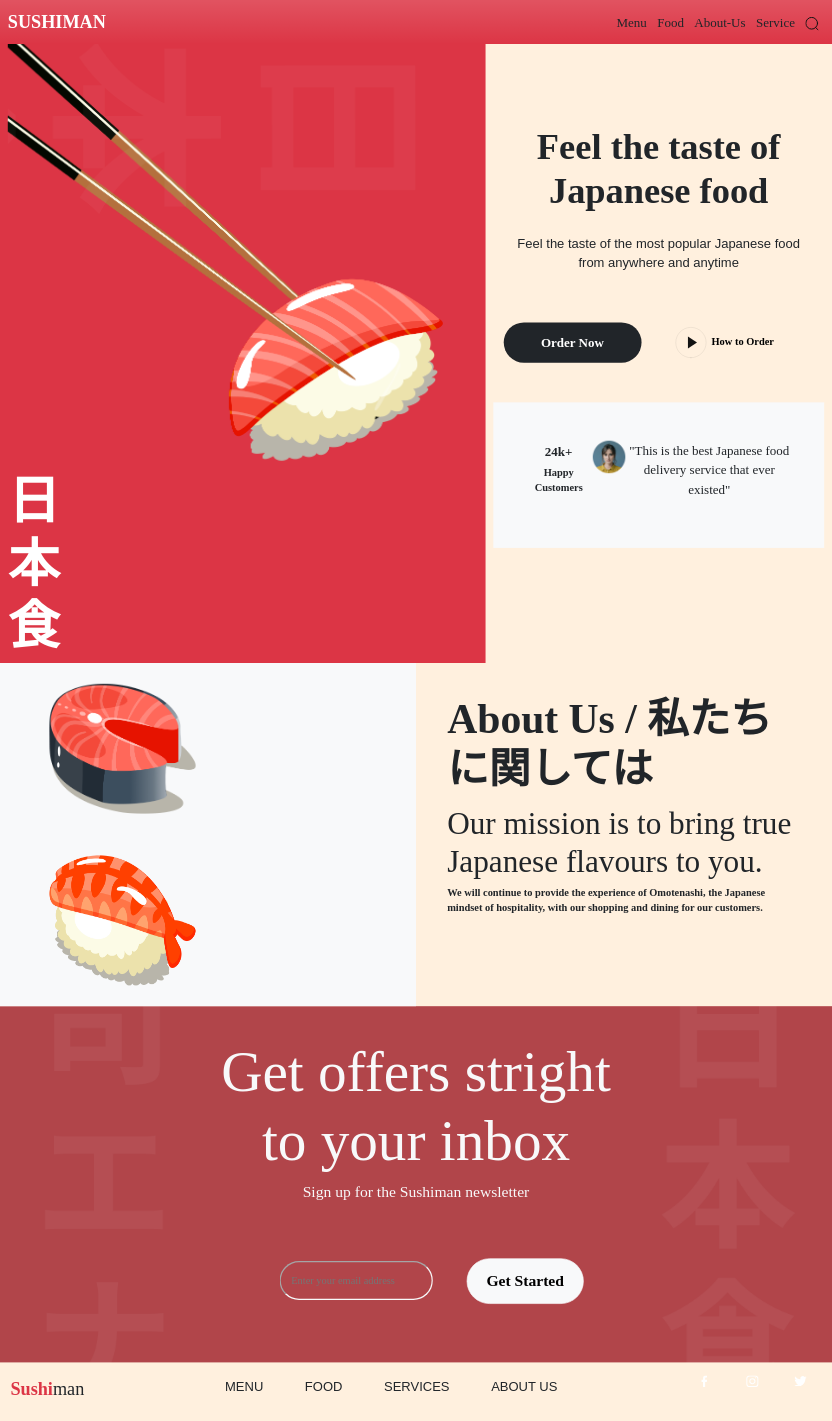
Repository: VickyJacob23/bootstrapTask
Page: index.html
An editor plug-in stored every save of this project. The page is shown before and after the next save, followed by the edit.
The browser window is 1280 px wide. The pictures show the whole page, at 65% of full size.

Above is the page before, as saved 2024-07-05 23:51:25.

### index.html
<!DOCTYPE html>
<html lang="en">
<head>
     <!-- Required meta tags -->
    <meta charset="UTF-8">
    <meta http-equiv="X-UA-Compatible" content="IE=edge">
    <meta name="viewport" content="width=device-width, initial-scale=1.0">
    <link rel="shortcut icon" href="./img/kodecamp__logo.svg" type="image/x-icon">
    <!-- Bootstrap CSS -->
    <link href="https://cdn.jsdelivr.net/npm/bootstrap@5.2.3/dist/css/bootstrap.min.css" rel="stylesheet" integrity="sha384-rbsA2VBKQhggwzxH7pPCaAqO46MgnOM80zW1RWuH61DGLwZJEdK2Kadq2F9CUG65" crossorigin="anonymous">

    <link rel="stylesheet" href="./styles.css">
    <title>Bootstrap Demo</title>
</head>
<body>
    <main>
        <!-- navbar -->
        <nav class="navbar navbar-expand-lg navbar bg-danger bg-gradient position-fixed w-100">
            <div class="container-fluid ">
                <a class="navbar-brand text-uppercase fw-bold fs-3 text-white " href="#">Sushiman</a>
                <button class="navbar-toggler" type="button" data-bs-toggle="collapse" data-bs-target="#navbarNavAltMarkup" aria-controls="navbarNavAltMarkup" aria-expanded="false" aria-label="Toggle navigation">
                    <span class="navbar-toggler-icon"></span>
                </button>
                <div class="collapse navbar-collapse " id="navbarNavAltMarkup">
                <div class="navbar-nav  ms-auto">
                    <a class="nav-link fs-5 text-dark" href="#">Menu</a>
                    <a class="nav-link fs-5 text-dark" href="#">Food</a>
                    <a class="nav-link fs-5 text-dark" href="#">About-Us</a>
                    <a class="nav-link fs-5  text-dark" href="#">Service</a>
                    <a class="nav-link fs-5 text-dark " href="#"><img src="./img/search.svg" alt=""></a>
                </div>
            </div>
        </div>
        </nav>
        <!--landing page-->
        <section class="container-fluid ">
            <div class="row">
                <div class="col-md-7 col-12 bg-danger ">
                    <img class="img-fluid" src="./img/sushi-1.png"  alt="sushi"  width="700" height="700" max-width: "100%" height:"auto">
                    <h1 class="text-white fw-bold  display-1 100vh">
                    日 <br />
                    本 <br />
                    食
                    </h1>
                </div>
                <div class="col-md-5 col-12 m-auto d-flex flex-column justify-content-between hero-content text-center">
                    <div class="hero-content-info d-flex flex-column justify-content-center" >
                        <h1 class="display-4 fw-bold m-3">Feel the taste of Japanese food</h1>
                        <p class="fs-5 m-3">Feel the taste of the most popular Japanese food from anywhere and anytime</p>

                        <div class="hero-content__button  d-flex p-3 flex-wrap align-items-center ">
                            <button class="hero-content__order-button p-3 border-0 rounded-pill bg-dark text-white fs-5 fw-semibold">Order Now</button>
                            <button class="hero-content__play-button m-5 border-0 bg-transparent fs-6 fw-semibold">
                                <img src="./img/play-circle.svg" alt="play">
                            How to Order
                            </button>
                        </div>
                    </div>
                    <div class="hero-content__testimonial d-flex p-3  align-items-center bg-light p-5">
                        <div class="hero-content__customer flex-counter p-3 g-1">
                            <h4 class="fs-5 fw-semibold">24<span>k+</span></h4>
                            <p class="fw-semibold">Happy Customers</p>
                        </div>

                        <div class="hero-content__review fs-5  d-flex g-1">
                            <img src="./img/user.png" alt="user" width="50" height="50">
                            <p >"This is the best Japanese food delivery service that ever existed"</p>
                    </div>
                    </div>
                </div>
            </div>
        </section>

        <!--about us page-->
       <section class="about-us  container-fluid">
        <div class="row">
            <div class="about-us__image col-md-6 col-12 flex-grow-1 flex-column justify-content-center bg-light position-relative">
                <div class="about-us__image-sushi3">
                    <img src="./img/sushi-3.png" alt="sushi" width="225" height="200">
                </div>

                <div class="about-us__image-sushi2">
                    <img src="./img/sushi-2.png" alt="sushi" width="225" height="200">
                </div>
            </div>
            <div class="about-us__content col-md-6 col-12  p-5 fw-bold ">
                <p class="sushi__subtitle display-3 fw-bolder">About Us / 私たちに関しては</p>
                <h3 class="sushi__title display-5">Our mission is to bring true Japanese flavours to you.</h3>
                <p class="sushi__description">We will continue to provide the experience of Omotenashi, the Japanese mindset of hospitality, with our shopping and dining for our customers.</p>
            </div>
        </div class="row">
        </section>

        <!--contact us page-->
        <section class="subscription container-fluid  p-5 text-center">
            <h2 class=" display-3 text-light fs-1" >
        Get offers stright <br />
        to your inbox
      </h2>
      <p class="text-light fs-4">Sign up for the Sushiman newsletter</p>

      <div class="subscription__form  text-center" >
        <input type="text" placeholder="Enter your email address" class="p-3 border-1 border-light rounded-pill bg-transparent m-5 outline-0 "/>
        <button class="btn btn-light rounded-pill fw-bold fs-4  p-3">Get Started</button>
      </div>
        </section>

        <!--footer-->

        <footer class="footer d-flex justify-content-between p-3 navbar navbar-expand-lg">
      <h3 class="footer__logo">
        <span class="text-danger fw-bold">Sushi</span>man
      </h3>

      <ul class="footer__nav ">
        <li ><a class="nav-link fs-5 text-dark" href="#menu">Menu</a></li>
        <li><a class="nav-link fs-5 text-dark" href="#food">Food</a></li>
        <li><a class="nav-link fs-5 text-dark" href="#services">Services</a></li>
        <li><a class="nav-link fs-5 text-dark" href="#about-us">About Us</a></li>
      </ul>

      <ul class="footer__social ">
        <li >
          <img  src="./img/facebook.svg" alt="facebook" />
        </li>
        <li>
          <img  src="./img/instagram.svg" alt="instagram" />
        </li>
        <li>
          <img  src="./img/twitter.svg" alt="twitter" />
        </li>
      </ul>
    </footer>
    </main>
        <script src="https://cdn.jsdelivr.net/npm/bootstrap@5.2.3/dist/js/bootstrap.bundle.min.js" integrity="sha384-kenU1KFdBIe4zVF0s0G1M5b4hcpxyD9F7jL+jjXkk+Q2h455rYXK/7HAuoJl+0I4" crossorigin="anonymous"></script>

</body>
</html>

### styles.css
*{
    box-sizing: border-box;
    margin: 0;
    padding: 0;
    scroll-behavior: smooth;

}
@import url("https://fonts.googleapis.com/css2?family=Playfair+Display:wght@400;500;600;700;800;900&display=swap");
@import url("https://fonts.googleapis.com/css2?family=Plus+Jakarta+Sans:wght@200;300;400;500;600;700;800&display=swap");



:root {
    --playfair-display: "Playfair Display", serif;
    --plus-jakarta-sans: "Plus Jakarta Sans", sans-serif;
    --color-creamson: #fff0de;
}
body {
    max-width: 1440px;
    margin: 0 auto;
    background-color: var(--color-creamson);
    font-family:"Playfair Display", serif;
}
/* hero */
..hero-content-info h1{
    font-family: var(--playfair-display);
    color:var(--secondary-color);
    font-size: 80px;
    position: absolute;

}

.hero-content-info p{
    font-family: var(--plus-jakarta-sans);
    color: var(--secondary-color);}

.hero-content__order-button{
    min-width: 212px;
}
.about-us__image div{
    padding:32px 64px;
    flex:1;}
/* subscription */
.subscription{
    background-color: var(--primary-color);
  background-image: url("./img/subscribe_bg.png");
  background-position: center;
  background-repeat: no-repeat;
  background-size: cover;
}
.subscription h2{
    font-size: 88px !important;
}
.subscription__form {
  min-width: 480px;
  margin-top: 40px;}

  .subscription__form button {
  padding: 20px;

  min-width: 180px;
  }
  .footer ul {
  list-style: none;

  display: flex;
  flex-wrap: wrap;
  flex-direction: row;
  gap: 64px;
}
.footer ul:last-child {
  gap: 32px;
}

.footer__nav li {
  font-size: 16px;
  font-weight: 500;
  font-family: var(--plus-jakarta-sans);
  text-transform: uppercase;
  color: var(--secondary-color);

  cursor: pointer;
}

.footer__social li {
  width: 42px;
  height: 42px;
  border-radius: 100%;
}

.footer__social li img {
  width: 45%;
  height: 45%;

  object-fit: contain;
}

After the next save:
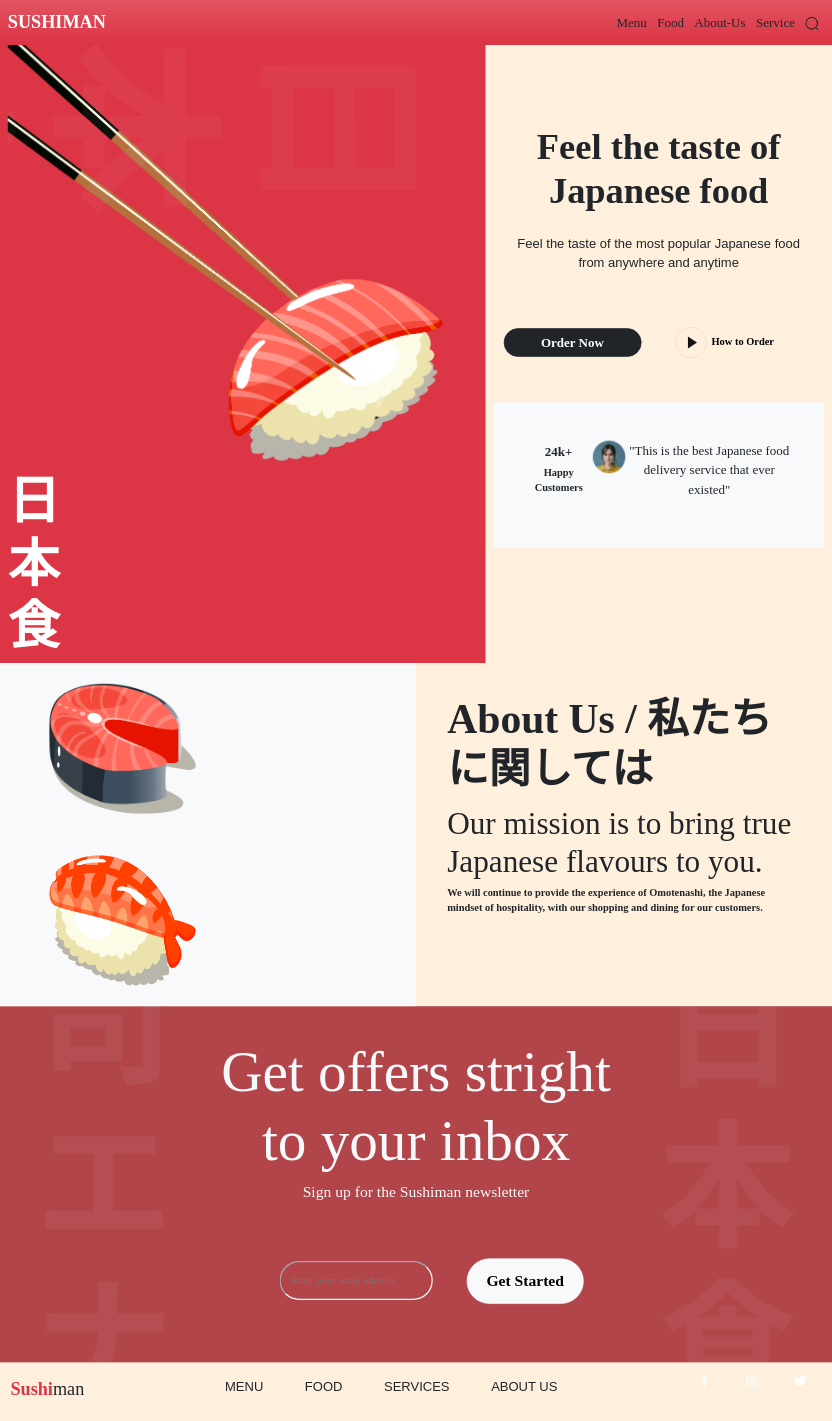
Saved 10 min 48 s later.
--- a/index.html
+++ b/index.html
@@ -49,7 +49,7 @@
                         <p class="fs-5 m-3">Feel the taste of the most popular Japanese food from anywhere and anytime</p>
 
                         <div class="hero-content__button  d-flex p-3 flex-wrap align-items-center ">
-                            <button class="hero-content__order-button p-3 border-0 rounded-pill bg-dark text-white fs-5 fw-semibold">Order Now</button>
+                            <button class="hero-content__order-button btn btn-dark rounded-pill  text-white fs-5 fw-semibold">Order Now</button>
                             <button class="hero-content__play-button m-5 border-0 bg-transparent fs-6 fw-semibold">
                                 <img src="./img/play-circle.svg" alt="play">
                             How to Order
